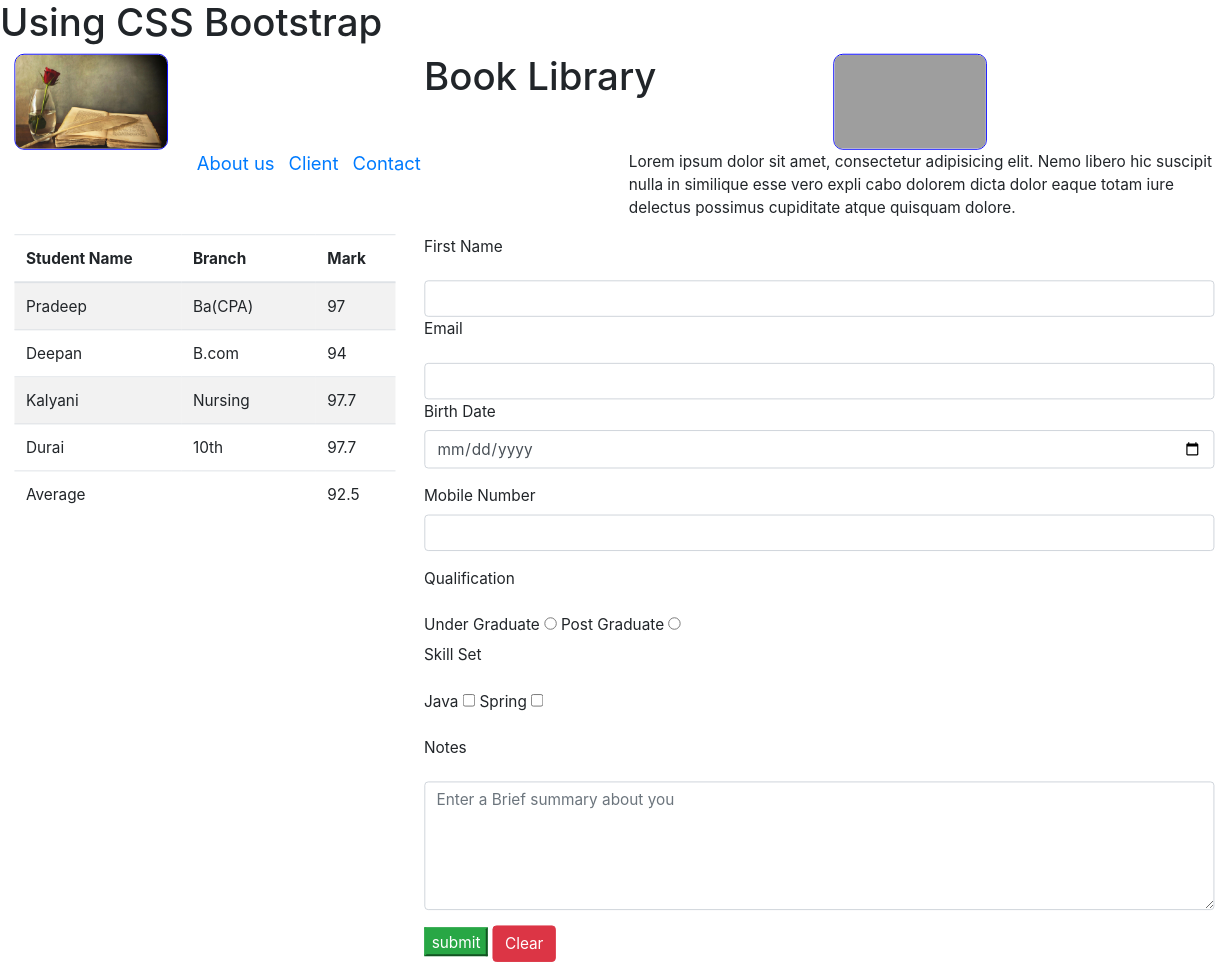
Repository: Balamurugan1914/crud_operation_without_db
Page: CSS_EXAMPLE/src/main/webapp/Bootstrap.html
The author's editor kept a copy of each file at every save. The page is drawn from the files as they stood at one save, then again after the next save.
The browser window is 1280 px wide. The pictures show the whole page, at 96% of full size.
Pictures or frames that could not be fetched are drawn as grey boxes.

Above is the page before, as saved 2022-06-27 10:04:24.

After the next save:
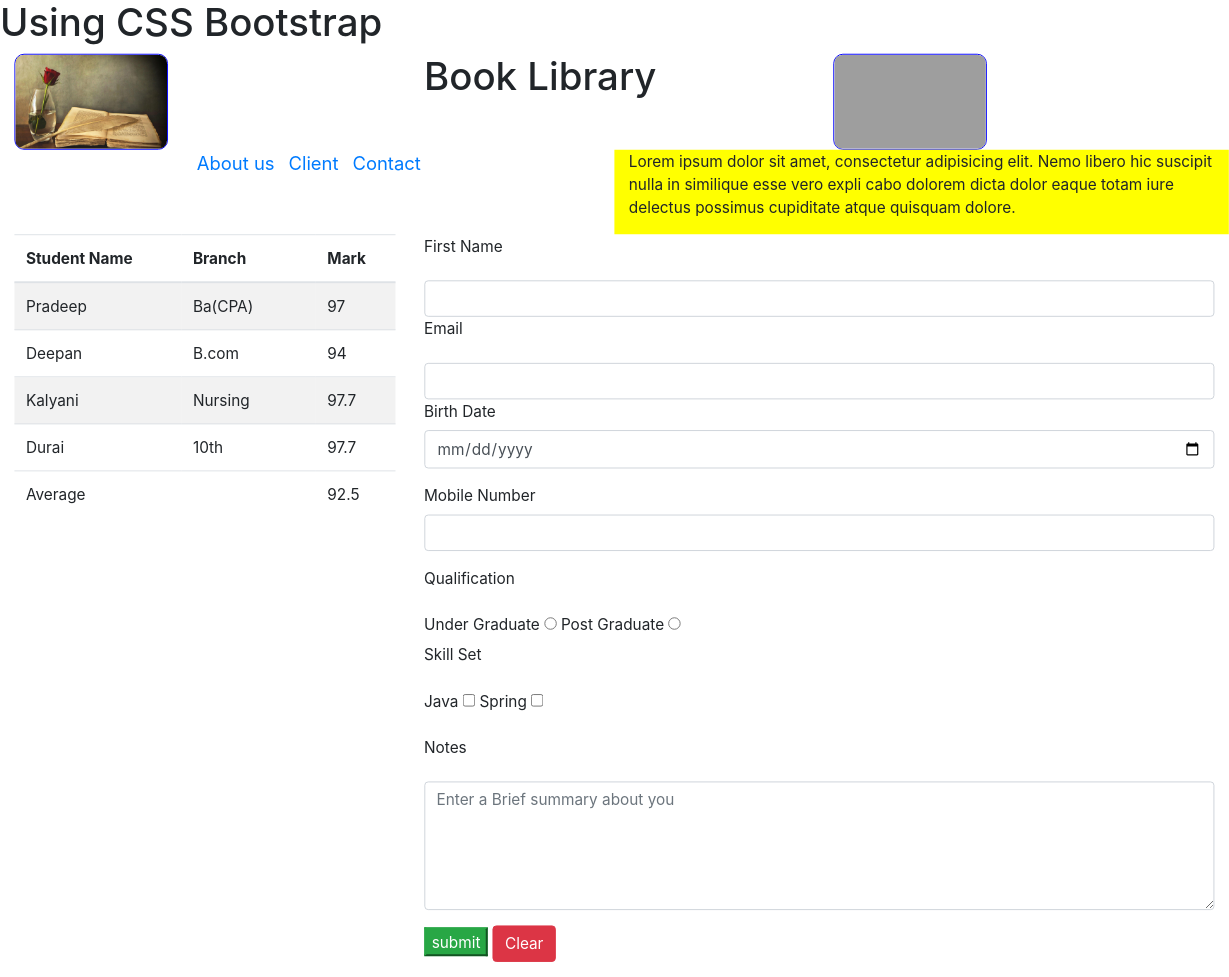
Saved 42 s later.
--- a/CSS_EXAMPLE/src/main/webapp/Bootstrap.html
+++ b/CSS_EXAMPLE/src/main/webapp/Bootstrap.html
@@ -49,7 +49,7 @@ a {
 			</ul>
 		</nav>
 
-		<article class="col-md-6">
+		<article class="col-md-6" style="background-color: yellow;">
 			<p>Lorem ipsum dolor sit amet, consectetur adipisicing elit. Nemo
 				libero hic suscipit nulla in similique esse vero expli cabo dolorem
 				dicta dolor eaque totam iure delectus possimus cupiditate atque
